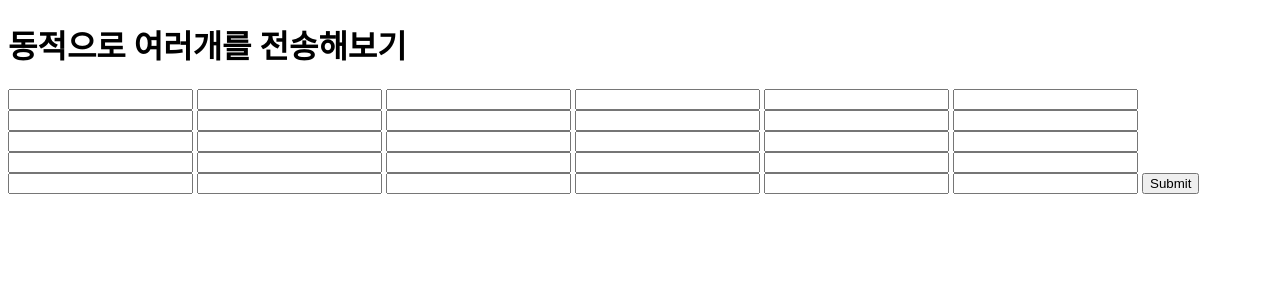
Repository: joeunpyeong/javaA
Page: http://localhost/04.Implicit/Ex01_Request/Ex02_Request.jsp
These files come from the project's save history. The page is drawn as it stood at one moment and after the next save; the edit follows.
The browser window is 1280 px wide. The pictures show the whole page.
The page is served by Tomcat 9.

Above is the page before, as saved 2023-05-22 09:44:36.

After the next save:
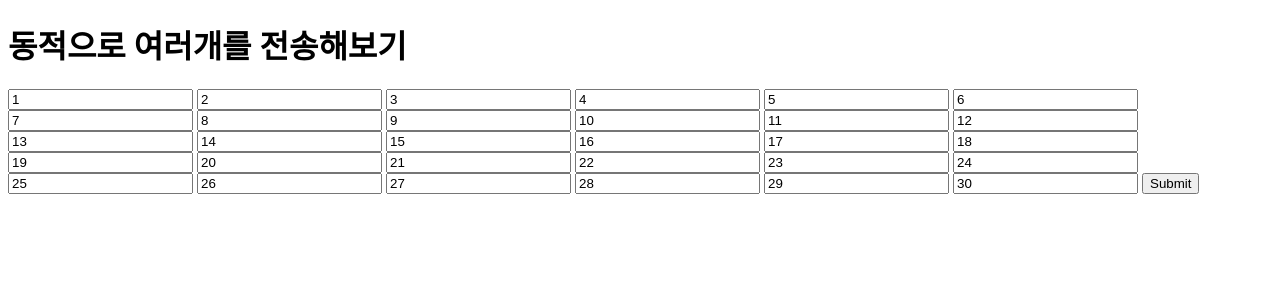
Saved 17 s later.
--- a/04.Implicit/src/main/webapp/Ex01_Request/Ex02_Request.jsp
+++ b/04.Implicit/src/main/webapp/Ex01_Request/Ex02_Request.jsp
@@ -17,7 +17,7 @@
 	 -->
 	<form action="../Ex02_Request" method="get">
 		<%for(int i = 1 ;  i<=30 ; i ++){ %>
-		<input type="text" name="name<%=i%>" >
+		<input type="text" name="name<%=i%>" value="<%=i%>">
 		<%} %>
 		<input type="submit">
 	</form>
